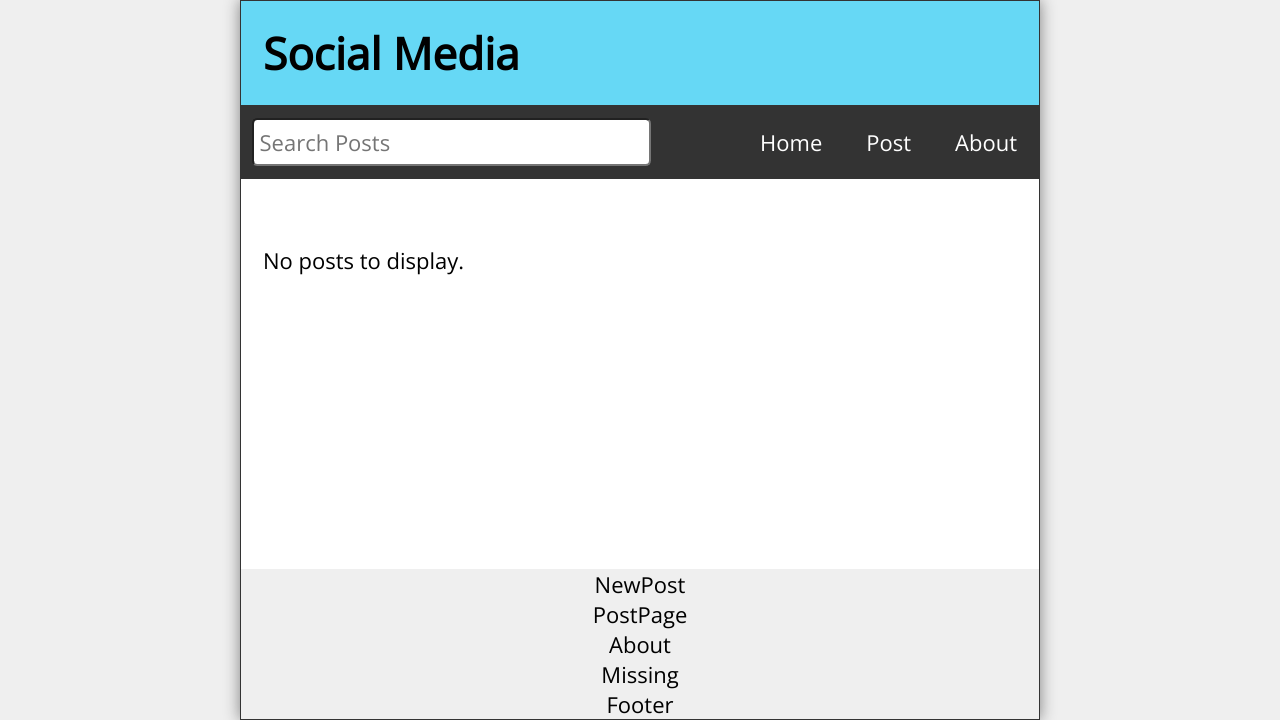
Repository: Kisho14/react_social_app_netlify
Page: /
The author's editor kept a copy of each file at every save. The page is drawn from the files as they stood at one save, then again after a run of saves.
The browser window is 1280 px wide. The pictures show the whole page.
An inner scrolling area shows only its first screen. The project was rebuilt for these pictures with package versions that can differ from the ones it lists, and the page was loaded fresh each time.

Above is the page before, as saved 2024-02-05 21:55:17.

### src/App.js
import Header from './Header.js';
import Footer from './Footer.js';
import Nav from './Nav.js';
import Home from './Home.js';
import Missing from './Missing.js';
import NewPost from './NewPost.js';
import PostPage from './PostPage.js';
import About from './About.js';
import { useState } from 'react';

function App() {
  const [posts, setPosts] = useState([
    {
      id: 1,
      title: "My First Post",
      datetime: "July 01, 2021 11:17:36 AM",
      body: "Made a video about Tesla Q1 results"
      },
      {
      id: 2,
      title: "My 2nd Post",
      datetime: "July 01, 2021 11:17:36 AM",
      body: "I attended a DeFi blockchain event"
      },
      {
      id: 3,
      title: "My 3rd Post",
      datetime: "July 01, 2021 11:17:36 AM",
      body: "Web3 global summit next week"
      },
      {
      id: 4,
      title: "My Forth Post",
      datetime: "July 01, 2021 11:17:36 AM",
      body: "ETH will outperform BTC"
    }
  ])
  const [search, setSearch] = useState('')
  const [searchResults, setSearchResults] = useState([])

  console.log(posts);

  return (
    <div className="App">
      <Header title="Social Media"/>
      <Nav search={search} setSearch={setSearch}/>

      <Home posts={posts}/>
      <NewPost />
      <PostPage />
      <About />
      <Missing />
      <Footer />
    </div>
  );
}

export default App;

### src/Header.js
import React from 'react'

const Header = ({title}) => {
  return (
    <header className='Header'>
        <h1>{title}</h1>
    </header>

  )
}

export default Header

### src/Nav.js
import React from 'react'
import { Link } from 'react-router-dom'

const Nav = ({search, setSearch}) => {
  return (
    <nav className='Nav'>
        <form className='searchForm' onSubmit={(e) => e.preventDefault()}>
            <label htmlFor="search">Search Posts</label>
            <input type="text"
                id='search'
                placeholder='Search Posts'
                value={search}
                onChange={(e) => setSearch(e.target.value)}
            />
        </form>
        <ul>
            <li><Link to='/'>Home</Link></li>
            <li><Link to='post'>Post</Link></li>
            <li><Link to='about'>About</Link></li>
        </ul>
    </nav>
  )
}

export default Nav

### src/Home.js
import React from 'react'
import Feed from './Feed'

const Home = (posts) => {
  return (
    <main className='Home'>
        {posts.length ?
        (<Feed posts={posts} />) :
        (<p style={{marginTop:'2rem'}}>No posts to display.</p>)
        }
    </main>
  )
}

export default Home

### src/Missing.js
import React from 'react'

const Missing = () => {
  return (
    <div>Missing</div>
  )
}

export default Missing

### src/Post.js
import React from 'react'

const Post = (post) => {
  return (
    <article>
        <h2>{post.title}</h2>
        <p>{post.datetime}</p>
        <p>{
            (post.body).length <= 25 ? post.body : `${(post.body).slice(0,25)}...`
        }</p>
    </article>
  )
}

export default Post

### src/Feed.js
import React from 'react'
import Post from './Post'

const Feed = ({posts}) => {
  return (
    <>
        {posts.map(post => (
            <Post Key={post.id} post={post} />
        ))}
    </>
  )
}

export default Feed

Loaded but not shown: public/index.html (common file); src/index.js (common file); src/index.css (common file); src/Footer.js (common file); src/NewPost.js (common file); src/PostPage.js (common file); src/About.js (common file)

After the next 2 saves:
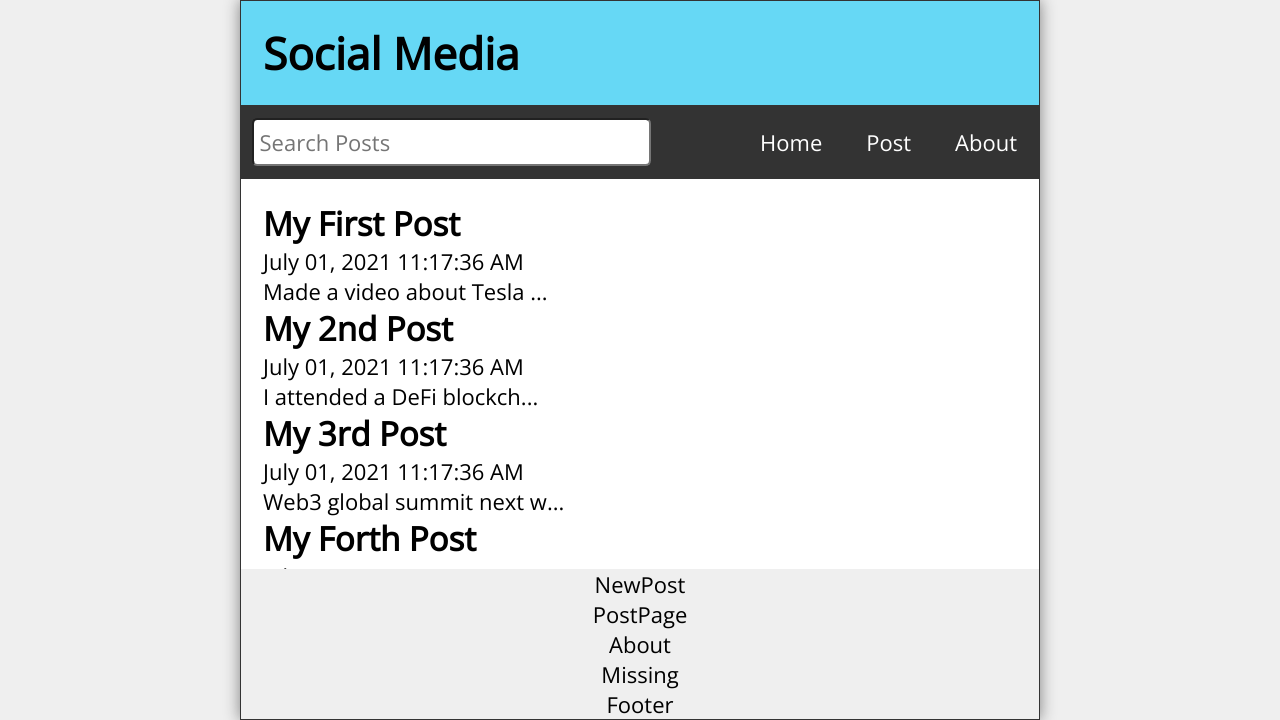
The 2 saves are shown as one change because 1 did not build or start.
The last was saved 91 s later.
--- a/src/App.js
+++ b/src/App.js
@@ -38,7 +38,7 @@ function App() {
   const [search, setSearch] = useState('')
   const [searchResults, setSearchResults] = useState([])
 
-  console.log(posts);
+  // console.log(posts);
 
   return (
     <div className="App">
--- a/src/Home.js
+++ b/src/Home.js
@@ -1,7 +1,7 @@
 import React from 'react'
 import Feed from './Feed'
 
-const Home = (posts) => {
+const Home = ({posts}) => {
   return (
     <main className='Home'>
         {posts.length ?
--- a/src/Post.js
+++ b/src/Post.js
@@ -1,6 +1,6 @@
 import React from 'react'
 
-const Post = (post) => {
+const Post = ({post}) => {
   return (
     <article>
         <h2>{post.title}</h2>
